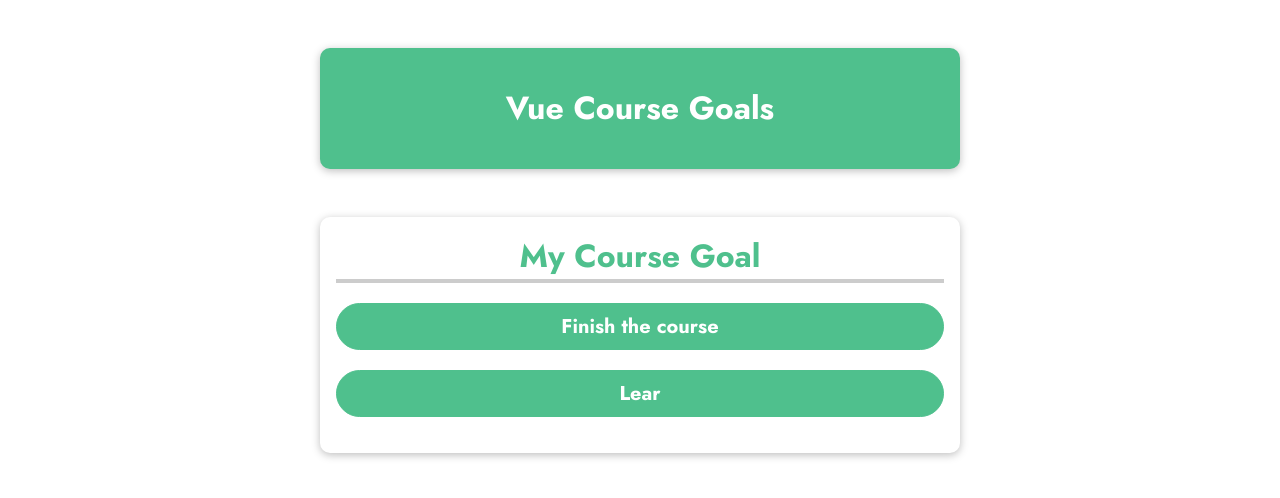
Repository: zmarkoni/Vue-The-Complete-Guide
Page: basics-01-starting-code/index.html
These files come from the project's save history. The page is drawn as it stood at one moment and after a run of saves; the edit follows.
The browser window is 1280 px wide. The pictures show the whole page.

Above is the page before, as saved 2020-12-29 10:07:10.

After the next 2 saves:
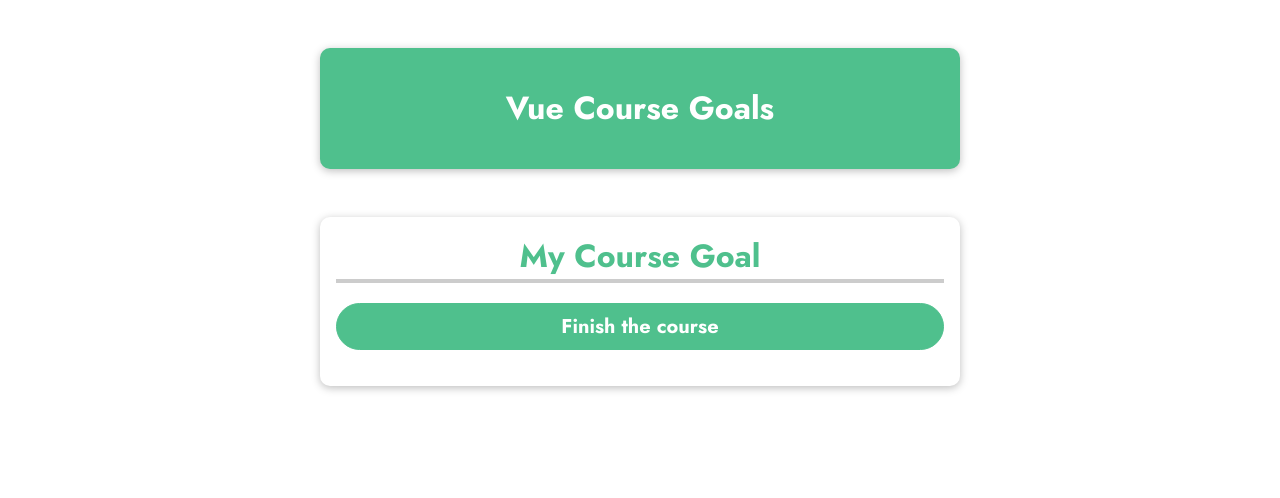
Console error (its wording comes from the project's code and is left out).
The 2 saves are shown as one change because they came seconds apart.
The last was saved 7 s later.
--- a/basics-01-starting-code/index.html
+++ b/basics-01-starting-code/index.html
@@ -19,7 +19,7 @@
     <section id="user-goal">
       <h2>My Course Goal</h2>
       <p>{{ courseGoal }}</p>
-      <p>Lear </p>
+      <p>Learn more <a</p>
     </section>
   </body>
 </html>

After the 2 saves that followed:
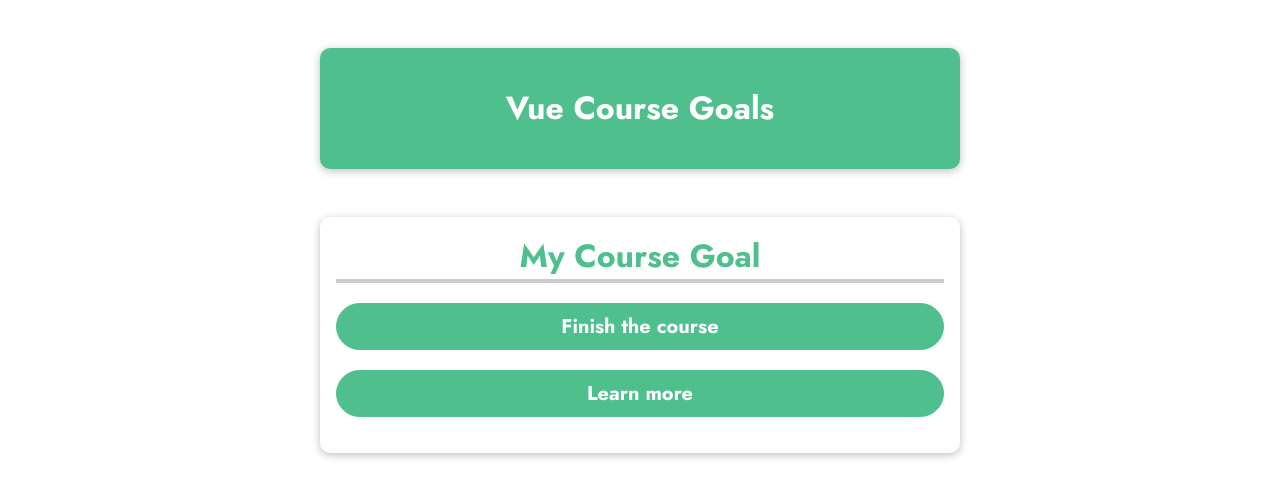
The error is gone.
The 2 saves are shown as one change because they came seconds apart.
The last was saved 8 s later.
--- a/basics-01-starting-code/index.html
+++ b/basics-01-starting-code/index.html
@@ -19,7 +19,7 @@
     <section id="user-goal">
       <h2>My Course Goal</h2>
       <p>{{ courseGoal }}</p>
-      <p>Learn more <a</p>
+      <p>Learn more <a href="" ></a></p>
     </section>
   </body>
 </html>
